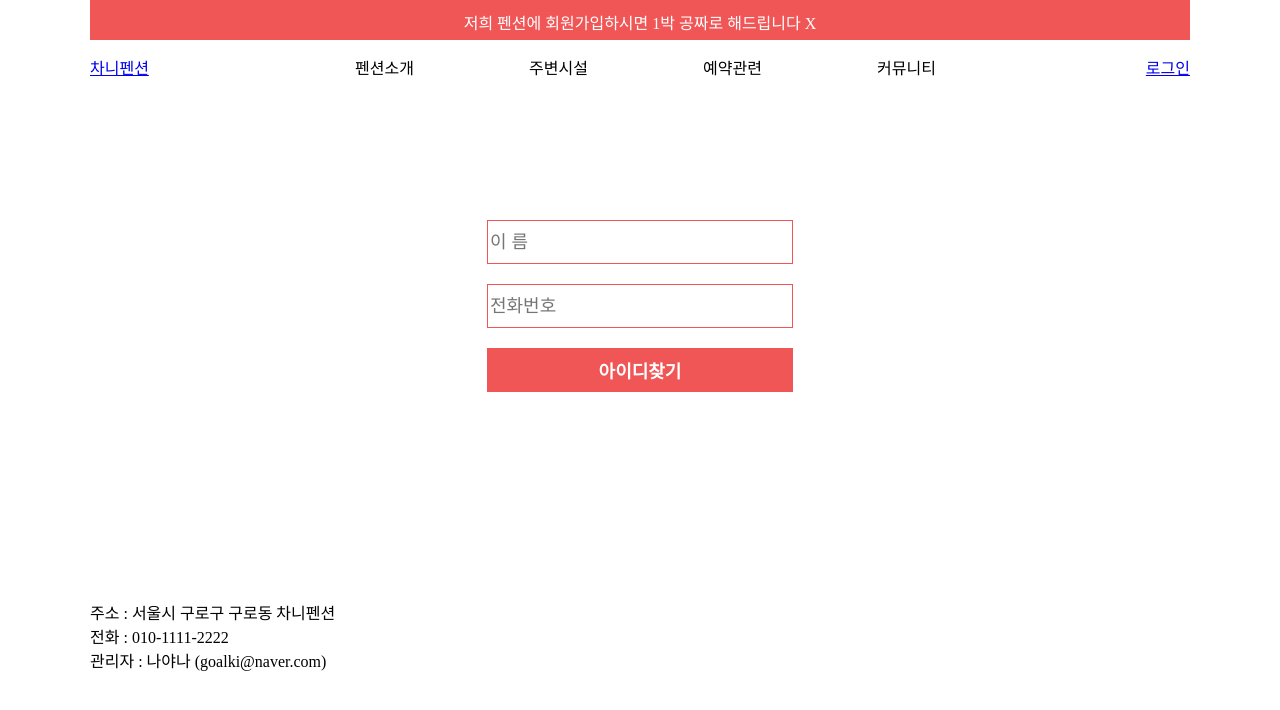
Repository: goalki/pension
Page: http://localhost/pension/login/pwd_search.jsp
These files come from the project's save history. The page is drawn as it stood at one moment and after the next save; the edit follows.
The browser window is 1280 px wide. The pictures show the whole page.
The page is served by Tomcat 9.

Above is the page before, as saved 2021-01-18 05:16:29.

After the next save:
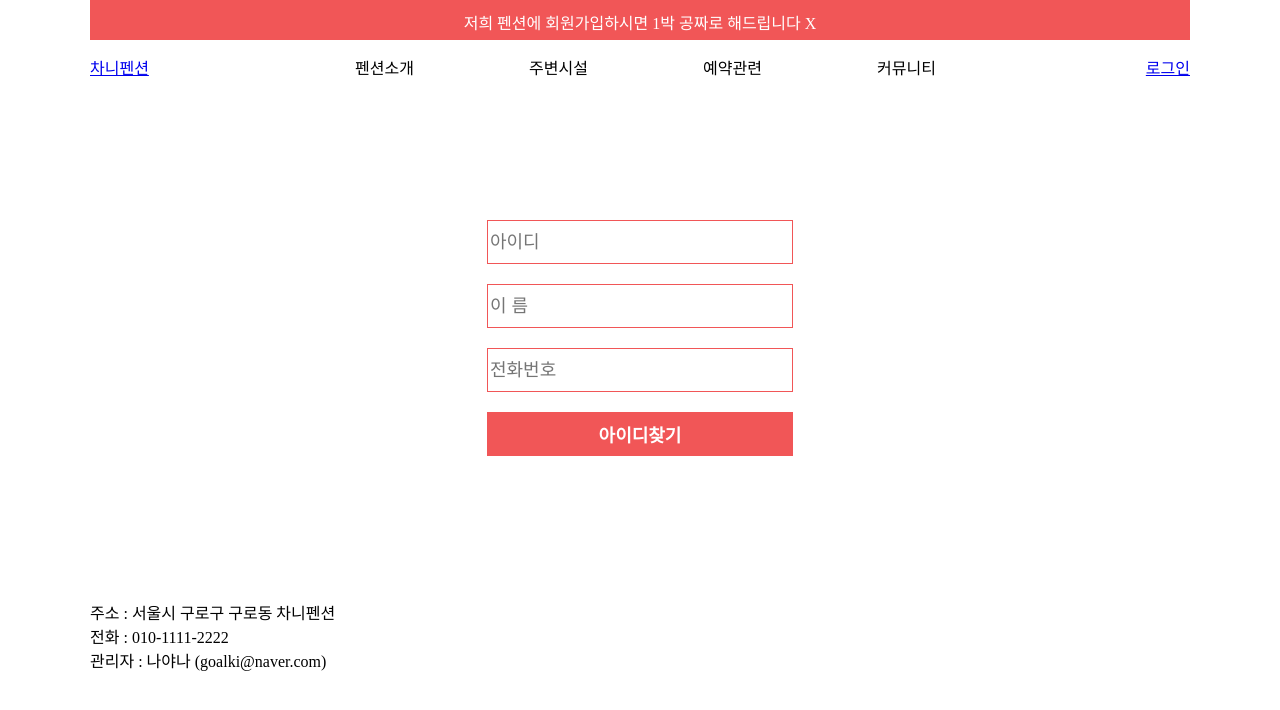
Saved 38 s later.
--- a/pension/WebContent/login/pwd_search.jsp
+++ b/pension/WebContent/login/pwd_search.jsp
@@ -37,9 +37,10 @@
  %>
  <div id="section">
   <div id="form">
-   <form method="post" action="userid_search_ok.jsp">
-    <div id="userid"> <input type="text" name="name" placeholder="이 름" autocomplete="off"> </div>
-    <div id="pwd"> <input type="text" name="phone" placeholder="전화번호">
+   <form method="post" action="pwd_search_ok.jsp">
+    <div id="userid"> <input type="text" name="userid" placeholder="아이디" autocomplete="off"> </div>
+    <div id="name"> <input type="text" name="name" placeholder="이 름" autocomplete="off"> </div>
+    <div id="phone"> <input type="text" name="phone" placeholder="전화번호">
       <c:if test="${chk == 1}">
        <br> <span style="color:red;font-size:12px"> 이름 혹은 전화번호가 틀립니다 </span>
       </c:if>
